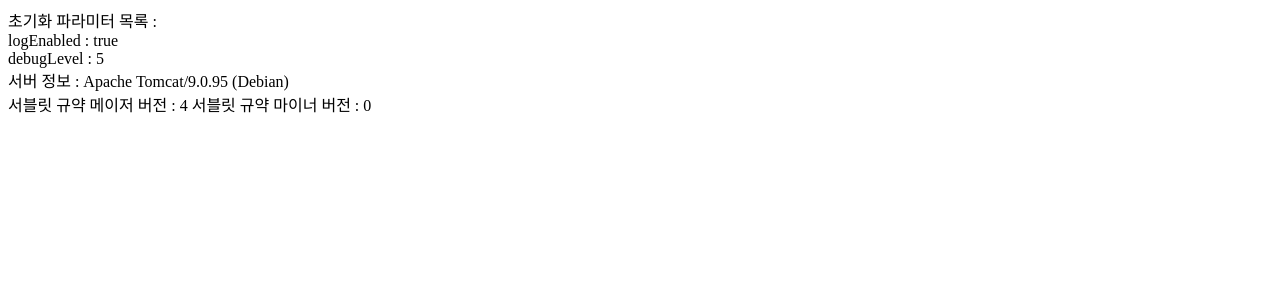
Repository: minkyung0421/JSP_Study
Page: http://localhost/Chapter07/application_02.jsp
The author's editor kept a copy of each file at every save. The page is drawn from the files as they stood at one save, then again after the next save.
The browser window is 1280 px wide. The pictures show the whole page.
The page is served by Tomcat 9.

Above is the page before, as saved 2018-07-05 04:25:49.

After the next save:
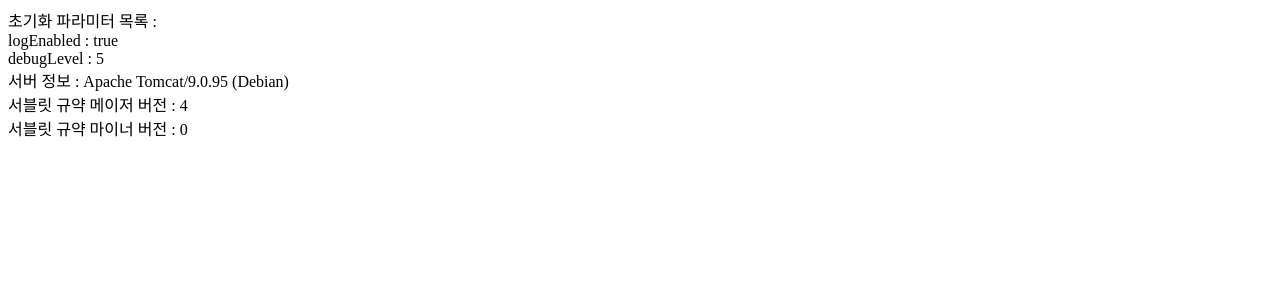
Saved 14 s later.
--- a/Chapter07/WebContent/application_02.jsp
+++ b/Chapter07/WebContent/application_02.jsp
@@ -19,7 +19,7 @@
 %>
 
 서버 정보 : <%=application.getServerInfo() %> <br>
-서블릿 규약 메이저 버전 : <%= application.getMajorVersion() %> <!-- 현재 사용하고 있는 서버 -->
+서블릿 규약 메이저 버전 : <%= application.getMajorVersion() %> <br><!-- 현재 사용하고 있는 서버 -->
 서블릿 규약 마이너 버전 : <%= application.getMinorVersion() %>
 </body>
 </html>
